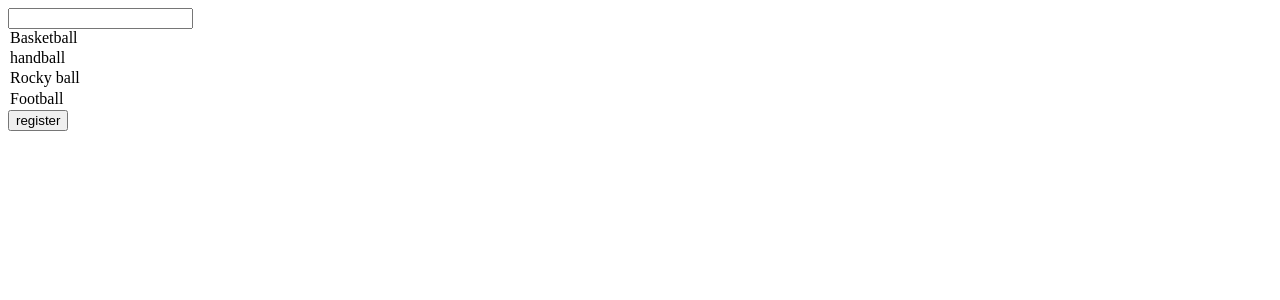
Repository: clovis739/python-_sample2
Page: http://localhost/
An editor plug-in stored every save of this project. The page is shown before and after the next save, followed by the edit.
The browser window is 1280 px wide. The pictures show the whole page.
The page is served by the project's application, run on Flask 3 (csx/app.py).

Above is the page before, as saved 2024-03-02 15:59:07.

### csx/templates/success.html
<!DOCTYPE html>
<html lang="en">
<head>
    <meta charset="UTF-8">
    <meta name="viewport" content="width=device-width, initial-scale=1.0">
    <title>Document</title>
</head>
<body>
    <form action="/register" method="post">
        <input autocomplete="off" aut type="text">
        <section>
            <option value="basketbal">Basketball</option>
            <option value="handball">handball</option>
            <option value="Rocky ball">Rocky ball</option>
            <option value="Footbal">Football</option>
        </section>
<button type="submit">register</button>
    </form>
</body>
</html>

### csx/app.py
from flask import Flask , render_template, request

app = Flask(__name__)

@app.route("/")
def index():

    return render_template("success.html")


# @app.route("/greet",methods=["GET", "POST"])
# def greet():
#     return render_template("greet.html", name = request.args.get("name"))

# @app.register("/register", methods=["POST", "GET"])
# def register():
#     return render_template("success.html")

After the next save:
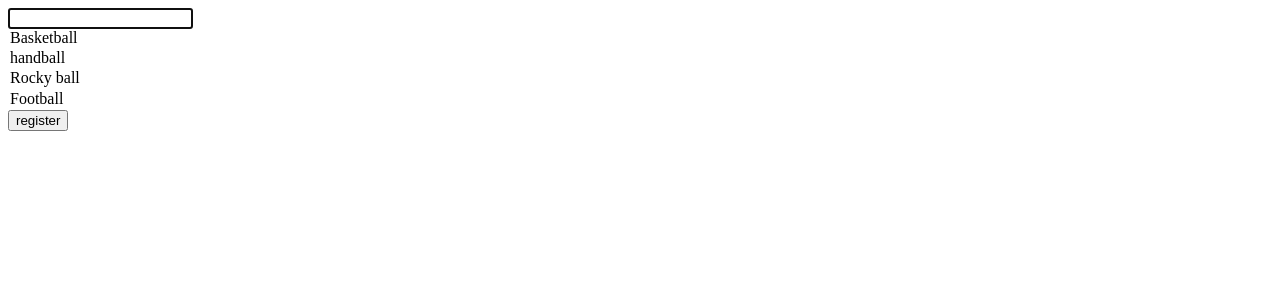
Saved 4 s later.
--- a/csx/templates/success.html
+++ b/csx/templates/success.html
@@ -7,7 +7,7 @@
 </head>
 <body>
     <form action="/register" method="post">
-        <input autocomplete="off" aut type="text">
+        <input autocomplete="off" autofocus type="text">
         <section>
             <option value="basketbal">Basketball</option>
             <option value="handball">handball</option>
